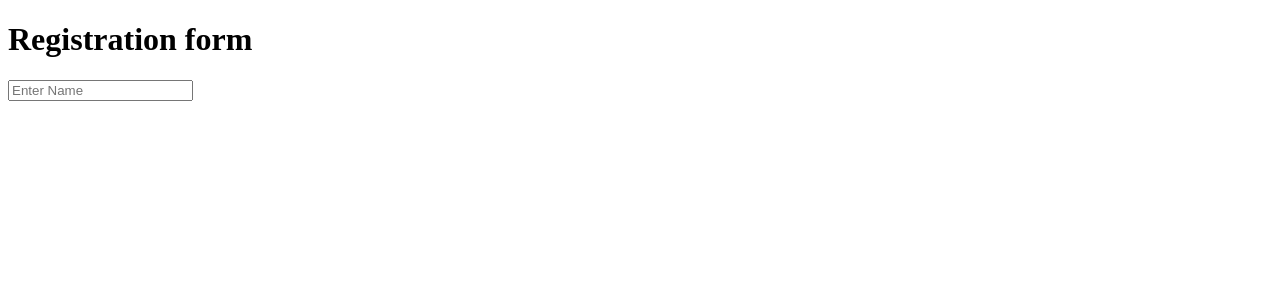
Repository: yuktavyas14/vscode
Page: index.html
These files come from the project's save history. The page is drawn as it stood at one moment and after the next save; the edit follows.
The browser window is 1280 px wide. The pictures show the whole page.

Above is the page before, as saved 2021-06-08 15:28:24.

After the next save:
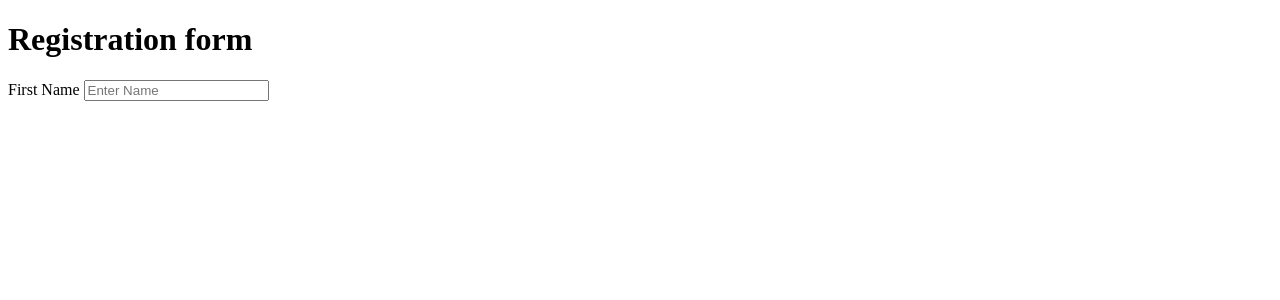
Saved 10 min 5 s later.
--- a/index.html
+++ b/index.html
@@ -10,6 +10,7 @@
 <body>
     <h1>Registration form</h1>
     <form>
+        <label for="fname">First Name</label>
         <input type="text" placeholder="Enter Name" required >
     </form>
 </body>
